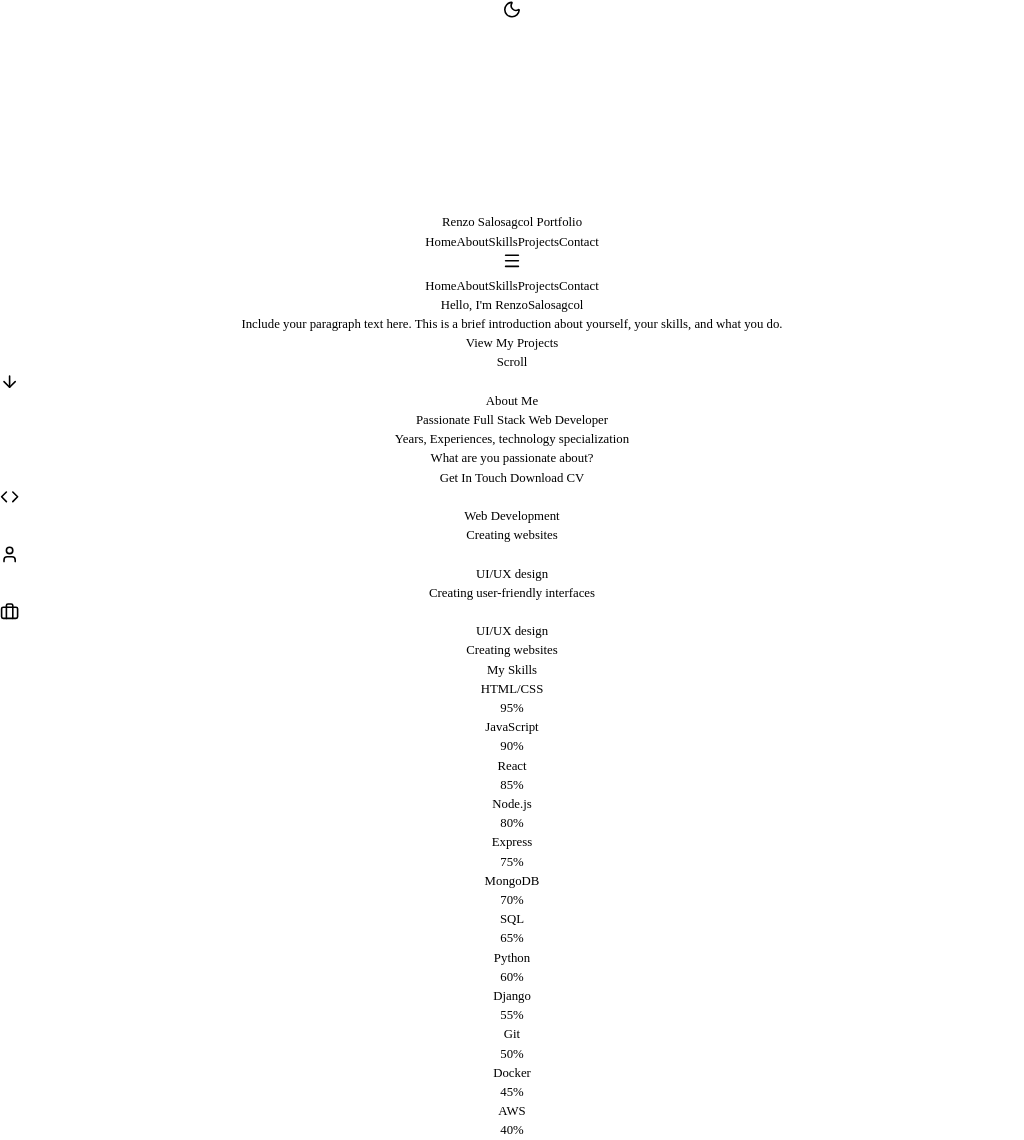
Repository: Renzo-Salosagcol/PERSONAL-PORTFOLIO
Page: /
An editor plug-in stored every save of this project. The page is shown before and after the next save, followed by the edit.
The browser window is 1280 px wide. The pictures show the whole page, at 80% of full size.
The project was rebuilt for these pictures with package versions that can differ from the ones it lists, and the page was loaded fresh each time. Also part of the build but not shown: vite.config.js, src/pages/notFound.jsx.

Above is the page before, as saved 2025-10-06 20:18:12.

After the next save:
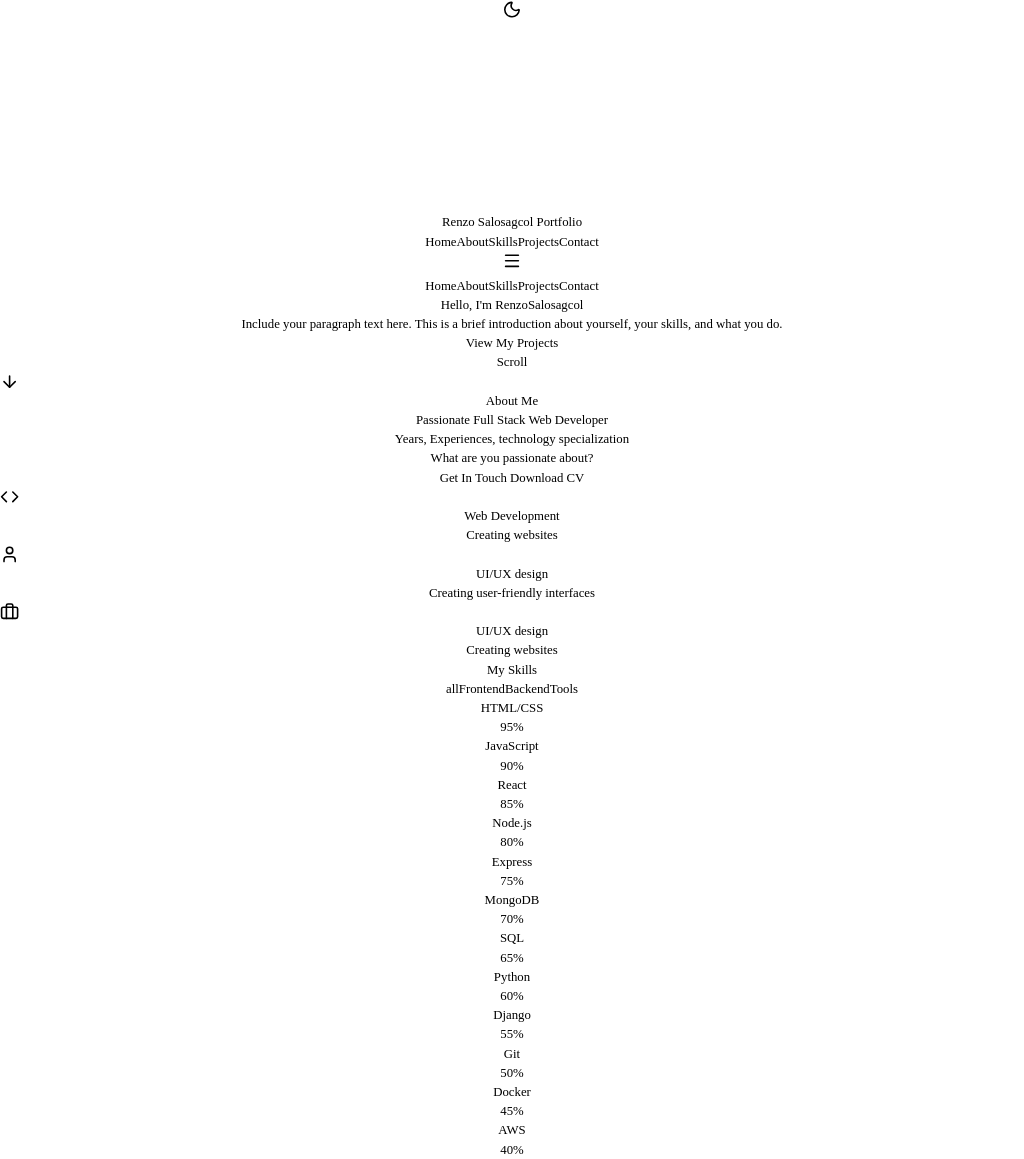
Saved 73 s later.
--- a/src/components/SkillsSection.jsx
+++ b/src/components/SkillsSection.jsx
@@ -29,7 +29,19 @@
           My <span className="text-primary">Skills</span>
         </h2>
         <div className="flex -flex-wrap justify-center mb-12 gap-4">
-
+          {categories.map((category, key) => (
+            <button
+              key={key}
+              className={`px-4 py-2 rounded-md text-sm font-semibold ${
+                activeCategory === category
+                  ? "bg-primary text-white"
+                  : "bg-secondary text-muted-foreground"
+              }`}
+              onClick={() => setActiveCategory(category)}
+            >
+              {category}
+            </button>
+          ))}
         </div>
         <div className="grid grid-cols-1 sm:grid-cols-2 md:grid-cols-3 gap-6">
           {skills.map((skill, key) => (
